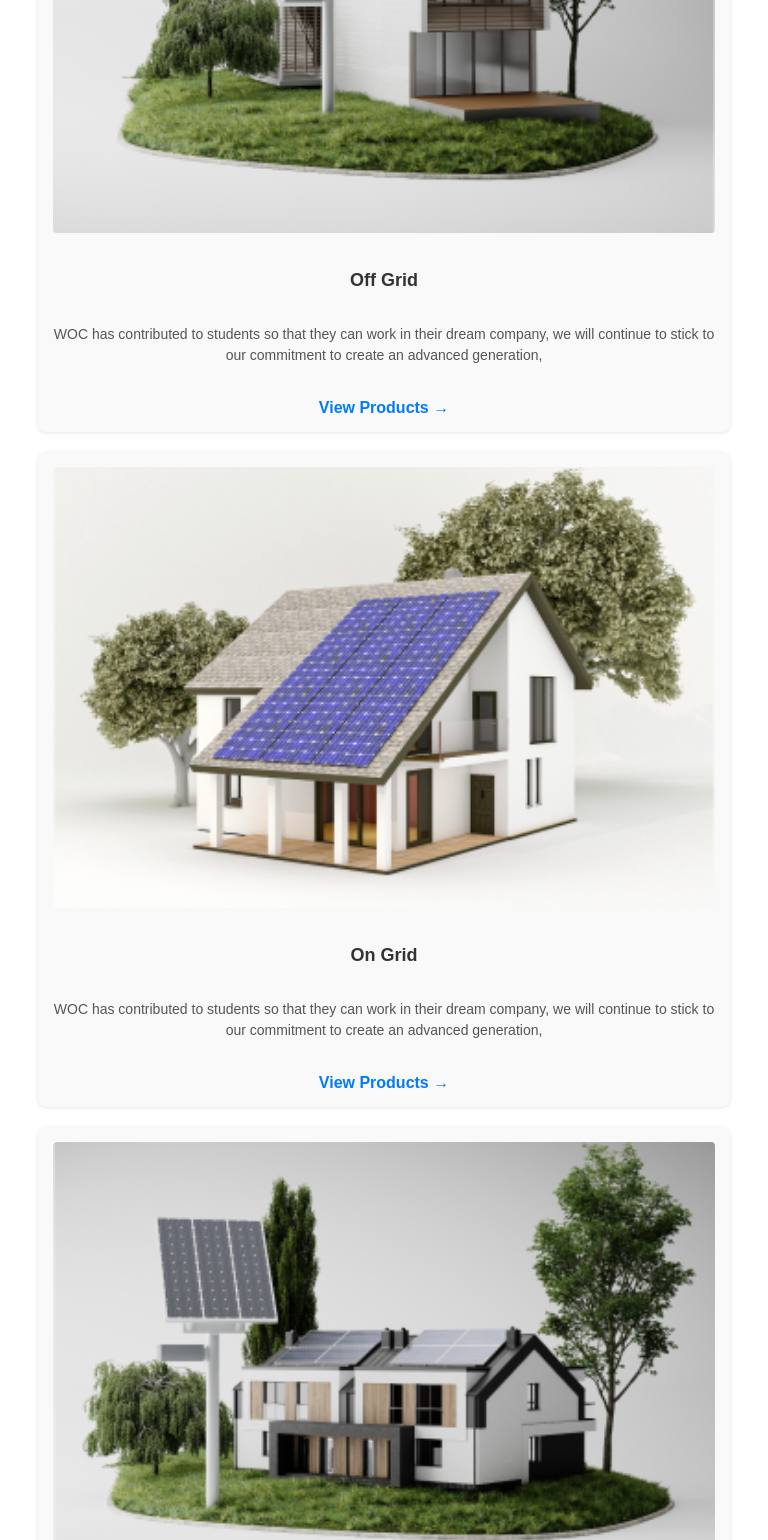
Repository: MaramNabil872/Landing-Page
Page: landingPage.html
The author's editor kept a copy of each file at every save. The page is drawn from the files as they stood at one save, then again after the next save.
The browser window is 768 px wide. The pictures show the part of the page from y = 2281 to 3821 px (the page is 7548 px tall before and 7128 px after).
A picture or video elsewhere on the page could not be fetched, so the positions and the page height are approximate.

Above is the page before, as saved 2024-10-21 17:22:03.

### landingPage.html
<!DOCTYPE html>
<html lang="en">
    <head>
        <meta charset="UTF-8" />
        <meta name="viewport" content="width=device-width, initial-scale=1.0" />
        <title>Landing Page</title>
        <link rel="stylesheet" href="landingPage.css" />
    </head>
    <body>
        <nav class="navbar">
            <div class="logo">MyLogo</div>

            <ul class="nav-links">
                <li><a href="#home">Home</a></li>
                <li><a href="#about">About</a></li>
                <li><a href="#services">Services</a></li>
                <li><a href="#contact">Contact</a></li>
            </ul>
            <div class="call">
                <p>call us</p>
                <h3>+2 01017345</h3>
            </div>
        </nav>

        <div class="image-container">
            <img
                src="images/solar-panels-meadow 1.png"
                alt="Background Image"
                class="background-image"
            />
            <div class="main-text">
                <h2 class="text-wallpaper">
                    Solar Panel Installers <br />
                    In Plymouth
                </h2>
                <br />
                <p class="text-paragraph">
                    Fueled is an award-winning technology consultancy that
                    transforms <br />
                    businesses by generating ideas, building products, and
                    accelerating<br />
                    growth.
                </p>
                <div class="button-container">
                    <button class="button-wallpaper1">Call Us Today</button>
                    <button class="button-wallpaper2">
                        Requst a call back
                    </button>
                </div>
            </div>
        </div>





        <!-- first container -->






        <div class="container1">
            <div class="text-container1">
                <p class="title-container1">
                    The Friendliest Installers <br />in the South-West
                </p>
                <p class="paragraph-container1">
                    At Solidarity Solar our aims are to help our customers
                    towards a sustainable future and genuinely care about the
                    quality of products we use for our installs. We never sell
                    you equipment you don't need and will always advise to the
                    best of our ability, No hard sell or pushy sales tactics
                    ever. We take pride in our work and do our best to make sure
                    that we meet, or exceed, our customers' expectations.
                </p>
                <div class="last-container1">
                    <p>
                        <span class="number-container1">01/ </span>Collaborate
                        with 100+ leading
                    </p>
                    <p>
                        <span class="number-container1">02/ </span> 100+ leading
                        universities and companies
                    </p>
                    <p>
                        <span class="number-container1">03/ </span> leading
                        universities and companies
                    </p>
                    <p>
                        <span class="number-container1">04/ </span> universities
                        and companies
                    </p>
                </div>
            </div>
            <div class="image-container1">
                <img src="images/Rectangle 30.png" alt="solar" />
            </div>
        </div>






        <!-- second section -->







        <div class="section2">
            <img src="images/middle.png" alt="img" />
            <div class="main-text">
                <h2 class="section2-text">Power that Doesn't Cost the Earth</h2>
                <h6 class="section2-paragraph">
                    If you need advice then give us a call on 07745593882 or hit
                    the <br />
                    button below to request a call back!
                </h6>
                <button class="button-wallpaper2">Call Us Today</button>
            </div>
        </div>





        <!-- third section -->





        <div class="white-container">
            <h2 class="title">Solar Kits</h2>
            <p class="text">
                Complete solar system kits, ready for installation. They can be
                used to supplement on-grid housing, a complete self-sustaining
                home or some combination of the two.
            </p>

            <div class="card-container">
                <div class="card">
                    <img src="images/1.png" alt="Image 2" class="card-image" />
                    <h3 class="card-title">Off Grid</h3>
                    <p class="card-text">
                        WOC has contributed to students so that they can work in
                        their dream company, we will continue to stick to our
                        commitment to create an advanced generation,
                    </p>
                    <a href="#" class="card-link">View Products →</a>
                </div>
                <div class="card">
                    <img
                        src="images/solar-panels-meadow 2 (1).png"
                        alt="Image 3"
                        class="card-image"
                    />
                    <h3 class="card-title">On Grid</h3>
                    <p class="card-text">
                        WOC has contributed to students so that they can work in
                        their dream company, we will continue to stick to our
                        commitment to create an advanced generation,
                    </p>
                    <a href="#" class="card-link">View Products →</a>
                </div>
                <div class="card">
                    <img
                        src="images/solar-panels-meadow 3.png"
                        alt="Image 1"
                        class="card-image"
                    />
                    <h3 class="card-title">Hybrid</h3>
                    <p class="card-text">
                        WOC has contributed to students so that they can work in
                        their dream company, we will continue to stick to our
                        commitment to create an advanced generation,
                    </p>
                    <a href="#" class="card-link">View Products →</a>
                </div>
            </div>
        </div>




        <!-- forth section -->








        <div class="forth-image">
            <img src="images/8116 1 (1).png" alt="Full Width Image" />
            <div class="overlay-text">
                <h2 class="overlay-title">Repairs Over Replacement</h2>
                <p class="overlay-paragraph">
                    We approach every aspect of our business with sustainability
                    in mind. That's why we believe it's always worth trying to
                    fix a system before outright replacing it, wherever possible
                    – it requires fewer materials and is easier on the planet,
                    as well as your wallet! If another company tells you that
                    your system needs to be replaced, just give us a call and
                    we'll see if we can repair it first.
                </p>
            </div>
        </div>


        <!-- fifth section -->



        <div class="container">
            <div class="text-section">
                <h2>Your Title Here</h2>
                <p>This is the text section where you can provide information or context related to the cards. It will take up 25% of the container width.</p>
            </div>
            <div class="card-section">
                <div class="card">
                    <img src="your-image1.jpg" alt="Image 1" class="card-image">
                    <h3 class="card-title">Card Title 1</h3>
                    <p class="card-text">Description for card 1.</p>
                    <a href="#" class="card-link">Learn More</a>
                </div>
                <div class="card">
                    <img src="your-image2.jpg" alt="Image 2" class="card-image">
                    <h3 class="card-title">Card Title 2</h3>
                    <p class="card-text">Description for card 2.</p>
                    <a href="#" class="card-link">Learn More</a>
                </div>
                <div class="card">
                    <img src="your-image3.jpg" alt="Image 3" class="card-image">
                    <h3 class="card-title">Card Title 3</h3>
                    <p class="card-text">Description for card 3.</p>
                    <a href="#" class="card-link">Learn More</a>
                </div>
                <div class="card">
                    <img src="your-image4.jpg" alt="Image 4" class="card-image">
                    <h3 class="card-title">Card Title 4</h3>
                    <p class="card-text">Description for card 4.</p>
                    <a href="#" class="card-link">Learn More</a>
                </div>
            </div>
        </div>

    </body>
</html>

### landingPage.css
* {
    margin: 0;
    padding: 0;
    box-sizing: border-box; /* Added for consistent sizing */
}

body {
    font-family: Arial, sans-serif;
}
@media (max-width: 480px) {
    .text-overlay {
        font-size: 1.2rem; /* Even smaller text size for very small screens */
    }

    .call h3 {
        font-size: 1.2rem; /* Adjust call size for small screens */
    }
}
@media (max-width: 768px) {
    .navbar {
        flex-direction: column; /* Stack items vertically */
        align-items: flex-start; /* Align items to the left */
    }

    .nav-links {
        margin-top: 10px; /* Space between navbar and links */
    }

    .nav-links li {
        margin-left: 0;
        margin-bottom: 10px; /* Space between links */
    }

    .text-overlay {
        font-size: 1.5rem; /* Smaller text size for mobile */
    }
}


.navbar {
    background-color: #0b9586;
    display: flex;
    justify-content: space-between;
    align-items: center;
    padding: 10px 20px;
    position: relative;
    flex-wrap: wrap; /* Allow items to wrap on smaller screens */
}

.logo {
    color: #fff;
    font-size: 24px;
}

.nav-links {
    list-style: none;
    display: flex;
    flex-wrap: wrap; /* Allow links to wrap on smaller screens */
}

.nav-links li {
    margin-left: 20px;
}

.nav-links a {
    text-decoration: none;
    color: white;
    font-size: 18px;
    transition: color 0.3s;
}

.nav-links a:hover {
    color: #f0a500;
}

.call {
    color: #fff;
    text-align: right; /* Align text to the right */
}

.image-container {
    position: relative;
    width: 100%;
    height: 100vh;
    overflow: hidden;
}

.background-image {
    width: 100%;
    height: 100%;
    object-fit: cover;
}
.main-text{
    position: absolute;
    top: 40%;
    left:5%;
}
.text-wallpaper {


    color: white;
    font-size: 40px;
    font-weight: bold;
    text-shadow: 2px 2px 4px rgba(0, 0, 0, 0.5);
}
.text-paragraph{
    color: white;
    font-size:  18px;

}
.button-container{
    display: flex;
}
.button-wallpaper1 {
    background-color: #0b9586;
    color: white;
    border: none;
    border-radius: 20em;
    padding: 0.8em 1.5em 0.8em 1.2em;
    width: 40%;
    margin: 4%;
    height: 50px;
    font-size: 16px;
    cursor: pointer;
    align-items: center;

}
.button-wallpaper2 {
    background-color:  #FFBB1C;
    ;
    color: white;
    border: none;
    border-radius: 20em;
    padding: 0.8em 1.5em 0.8em 1.2em;
    width: 40%;
    margin: 4%;
    height: 50px;
    font-size: 16px;
    cursor: pointer;
    align-items: center;

}

.container1 {
    display: flex;
    background-color: white;
    padding-top: 10%;
    border-radius: 8px;
    max-width: 1200px;
    margin: 20px auto;


}
.title-container1{
    font-size: 37px;
    font-weight: bold;


}
.text-container1 {
   flex:1;
    padding-right:5%;
padding-left: 5%;}
.paragraph-container1{
    margin-top: 5%;
    line-height: 1.3;
}

.last-container1{
    font-size: 20px;
    font-weight: bold;
    padding-top: 10%;
    line-height: 1.6;
    .number-container1{
        color:#84BD3A;
        ;
    }
}
.image-container1 {
   flex:1
}

.image-container1 img {
    width: 75%;
    height: auto;
    border-radius: 8px;
}


.section2 {
    position: relative;
    width: 100%;
    overflow: hidden;
}

.section2 img {
    width: 100%;
    height: auto; }

.section2-text {
font-size: 35px;
    color: white;

}
.section2-paragraph{
    padding-top: 5%;
    line-height: 1.5;

    font-size: 16px;
    color: white;
}

/* third section */
.white-container {
    background-color: white;
    padding: 5%;
    max-width: 1200px;
    margin: 2% auto;
}

.title {
    margin-bottom: 2%;
    font-size: 24px;
    color: #333;
    text-align: center;

}

.text {
    margin-bottom: 2%;
    font-size: 16px;
    color: #555;
    line-height: 1.5;
    text-align: center;
}

.card-container {
    display: flex;
    justify-content: space-between;
    margin-top: 4%;
}

.card {
    background-color: #f9f9f9;
    border-radius: 8px;
    box-shadow: 0 1px 4px rgba(0, 0, 0, 0.1);
    padding: 15px;
    text-align: center;
    flex: 1;
    margin: 0 10px;
}

.card-image {
    width: 100%;
    height: auto;
    border-radius: 4px;
}

.card-title {
    font-size: 18px;
    color: #333;
    margin-top: 5%;

}

.card-text {
    font-size: 14px;
    color: #555;
    margin-top: 5%;
    margin-bottom: 5%;
    line-height: 1.5;

}

.card-link {
    text-decoration: none;
    color: #007bff;
    font-weight: bold;
}

.card-link:hover {
    text-decoration: underline;
}
@media (max-width: 768px) {
    .card-container {
        flex-direction: column;
    }

    .card {
        flex: 1 1 100%;
        max-width: 100%;
        margin: 10px 0;
    }
}

/* forth css */

.forth-image {
    position: relative;
    width: 100%;
    overflow: hidden;
}

.forth-image img {
    width: 100%;
    height: auto;
}

.overlay-text {
    position: absolute;
    top: 50%;
    left: 50%;
    transform: translate(-50%, -50%);
    color: white;
    text-align: center;
    padding: 20px;
    background-color: rgba(0, 0, 0, 0.5);
    border-radius: 4px;
}
.overlay-title{
    margin-top: 5%;
    margin-bottom: 5%;
    font-size: 30px;

}
.overlay-paragraph{
    margin-top: 4%;
    line-height: 1.5;
    font-size: 16px;

}

/* //forth section// */

After the next save:
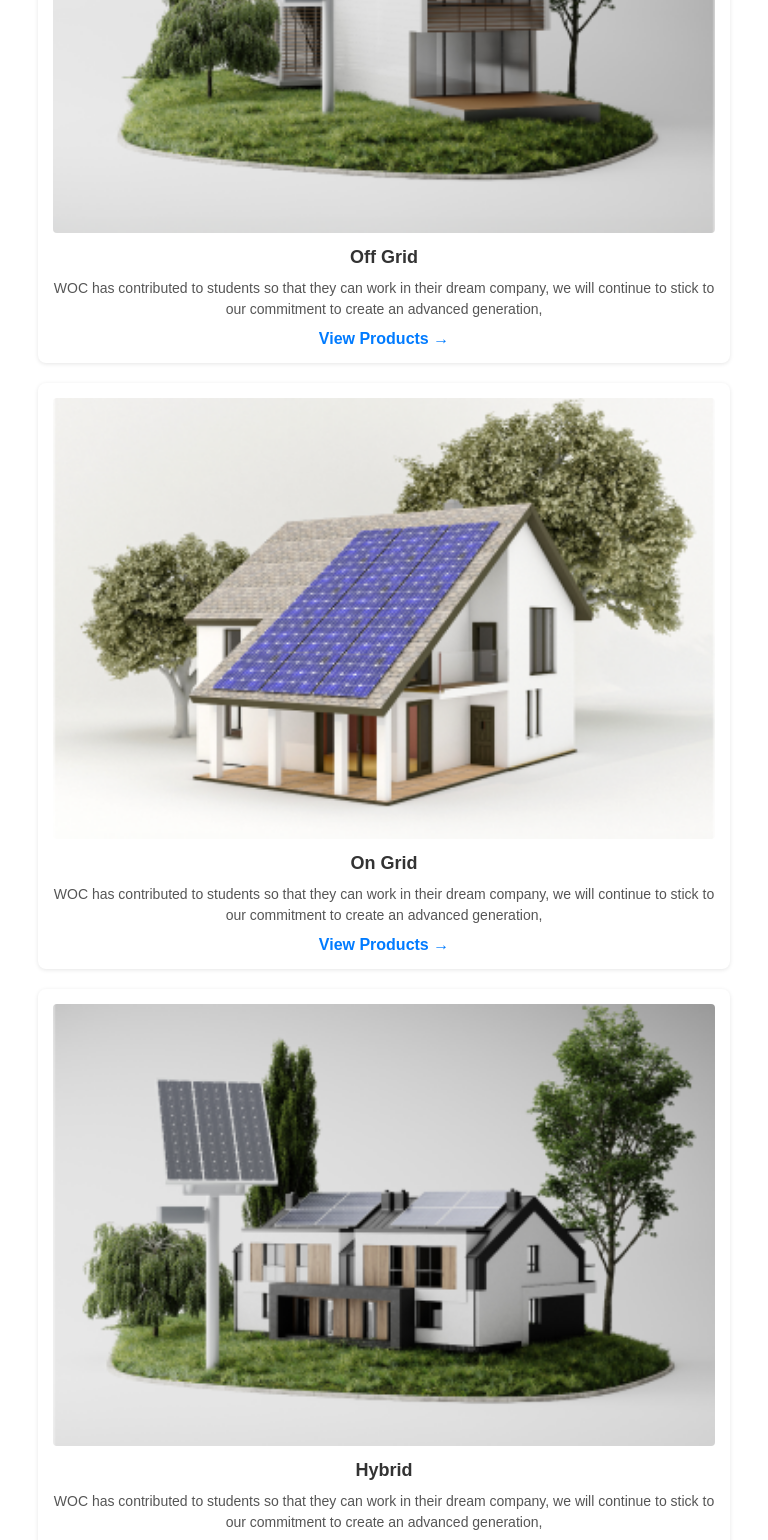
Saved 4 s later.
--- a/landingPage.css
+++ b/landingPage.css
@@ -331,3 +331,85 @@ font-size: 35px;
 }
 
 /* //forth section// */
+
+
+.container {
+    display: flex; /* Use Flexbox to create a row */
+    max-width: 1200px; /* Maximum width for the container */
+    margin: 20px auto; /* Center the container */
+}
+
+.text-section {
+    flex: 0 0 25%; /* Take up 25% of the container width */
+    padding: 20px; /* Padding inside the text section */
+    background-color: #f9f9f9; /* Light background for contrast */
+    border-radius: 8px; /* Rounded corners */
+    box-shadow: 0 1px 4px rgba(0, 0, 0, 0.1); /* Subtle shadow for depth */
+}
+
+.card-section {
+    flex: 0 0 75%; /* Take up 75% of the container width */
+    display: flex; /* Use Flexbox for card layout */
+    flex-wrap: wrap; /* Allow cards to wrap */
+    justify-content: space-between; /* Space between cards */
+}
+
+.card {
+    background-color: #ffffff; /* White background for cards */
+    border-radius: 8px; /* Rounded corners for cards */
+    box-shadow: 0 1px 4px rgba(0, 0, 0, 0.1); /* Subtle shadow for cards */
+    padding: 15px; /* Padding inside the cards */
+    text-align: center; /* Center the text in the cards */
+    flex: 0 0 calc(50% - 10px); /* Each card takes half of the card section width minus margin */
+    margin: 5px; /* Margin around cards */
+}
+
+.card-image {
+    width: 100%; /* Make the image take full width of the card */
+    height: auto; /* Maintain aspect ratio */
+    border-radius: 4px; /* Rounded corners for the image */
+}
+
+.card-title {
+    font-size: 18px; /* Font size for card titles */
+    color: #333; /* Color of card title text */
+    margin: 10px 0; /* Margin above and below card title */
+}
+
+.card-text {
+    font-size: 14px; /* Font size for card text */
+    color: #555; /* Color of card text */
+    margin: 10px 0; /* Margin above and below card text */
+}
+
+.card-link {
+    text-decoration: none; /* Remove underline from link */
+    color: #007bff; /* Link color */
+    font-weight: bold; /* Bold link text */
+}
+
+.card-link:hover {
+    text-decoration: underline; /* Underline link on hover */
+}
+
+/* Media Query for Mobile Responsiveness */
+@media (max-width: 768px) {
+    .container {
+        flex-direction: column; /* Stack text and cards vertically */
+    }
+
+    .text-section {
+        flex: 1 1 100%; /* Full width for text section on mobile */
+    }
+
+    .card-section {
+        flex: 1 1 100%; /* Full width for card section on mobile */
+        display: flex; /* Use Flexbox for cards */
+        flex-wrap: wrap; /* Allow cards to wrap */
+    }
+
+    .card {
+        flex: 0 0 100%; /* Each card takes full width on mobile */
+        margin: 10px 0; /* Margin above and below each card */
+    }
+}
